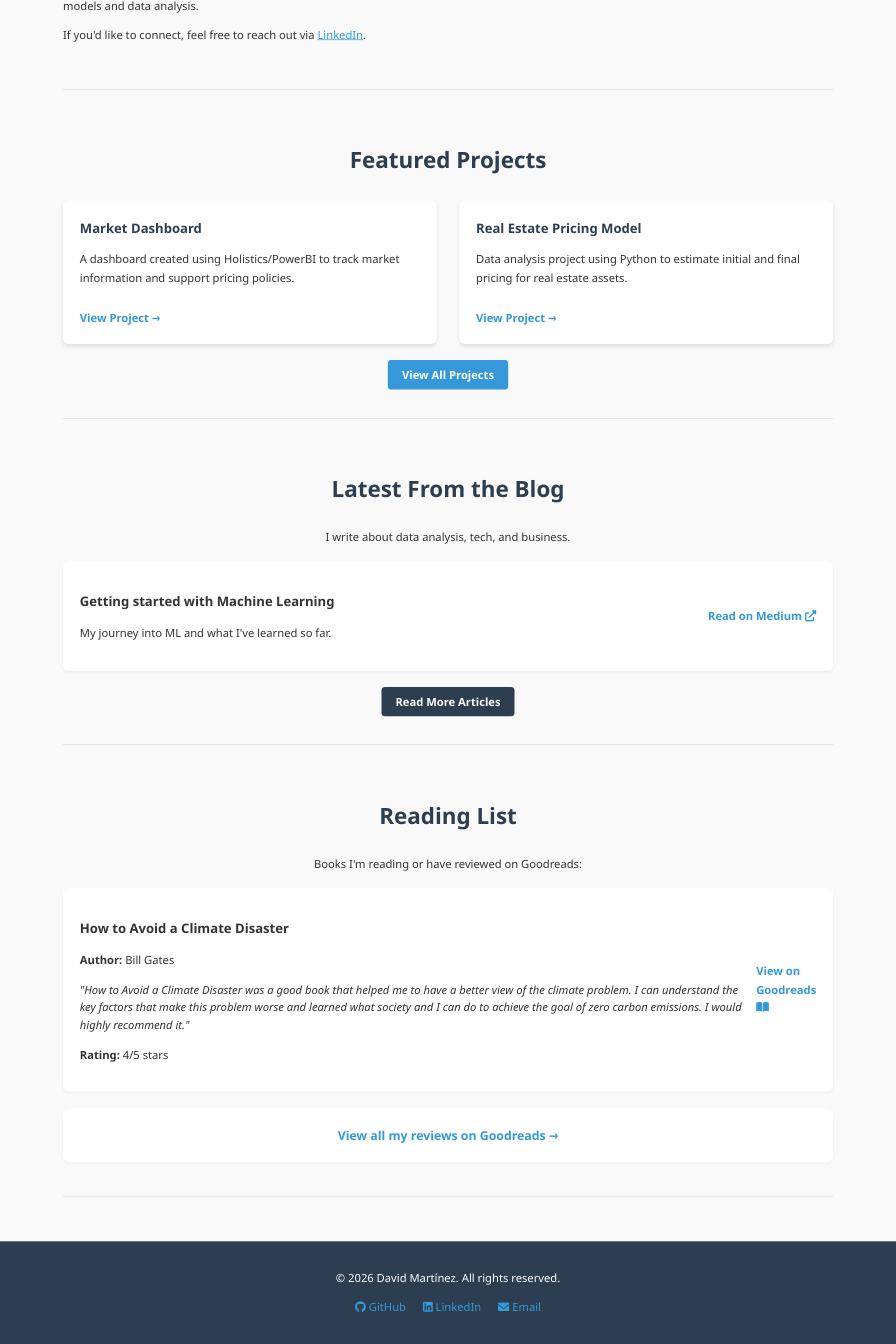
Repository: davidsmv/davidsmv.github.io
Page: index.html
An editor plug-in stored every save of this project. The page is shown before and after the next save, followed by the edit.
The browser window is 1280 px wide. The pictures show the part of the page from y = 706 to 2626 px (the page is 2626 px tall before and 2445 px after), at 70% of full size.

Above is the page before, as saved 2026-01-19 17:00:12.

After the next save:
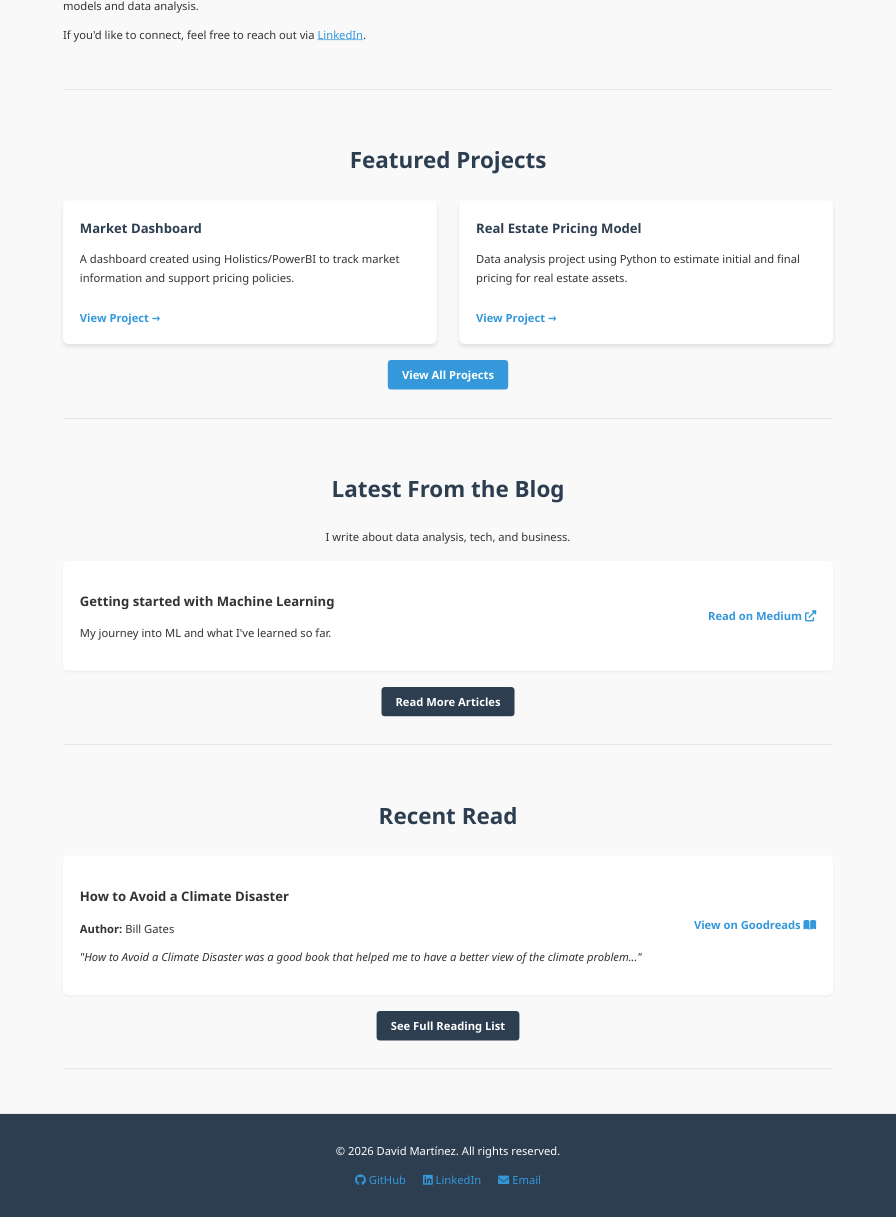
Saved 8 s later.
--- a/index.html
+++ b/index.html
@@ -116,8 +116,7 @@
 
         <!-- Books Section (Goodreads) -->
         <section id="books">
-            <h2>Reading List</h2>
-            <p style="text-align: center; margin-bottom: 20px;">Books I'm reading or have reviewed on Goodreads:</p>
+            <h2>Recent Read</h2>
             <div class="card-list">
 
                 <!-- Restored Book Review from previous file -->
@@ -125,18 +124,14 @@
                     <div>
                         <h3>How to Avoid a Climate Disaster</h3>
                         <p><strong>Author:</strong> Bill Gates</p>
-                        <p><em>"How to Avoid a Climate Disaster was a good book that helped me to have a better view of the climate problem. I can understand the key factors that make this problem worse and learned what society and I can do to achieve the goal of zero carbon emissions. I would highly recommend it."</em></p>
-                        <p><strong>Rating:</strong> 4/5 stars</p>
+                        <p><em>"How to Avoid a Climate Disaster was a good book that helped me to have a better view of the climate problem..."</em></p>
                     </div>
                     <a href="https://www.goodreads.com/book/show/52275335-how-to-avoid-a-climate-disaster" target="_blank">View on Goodreads <i class="fas fa-book-open"></i></a>
                 </div>
 
-                <div class="list-item">
-                    <div style="text-align: center; width: 100%;">
-                        <a href="https://www.goodreads.com/review/list/112709167-david-mart-nez" target="_blank" style="font-size: 1.1rem;">View all my reviews on Goodreads &rarr;</a>
-                    </div>
-                </div>
-
+            </div>
+            <div style="text-align: center; margin-top: 2rem;">
+                <a href="books.html" style="background-color: var(--primary-color); color: white; padding: 10px 20px; border-radius: 5px; text-decoration: none; font-weight: bold;">See Full Reading List</a>
             </div>
         </section>
     </div>
